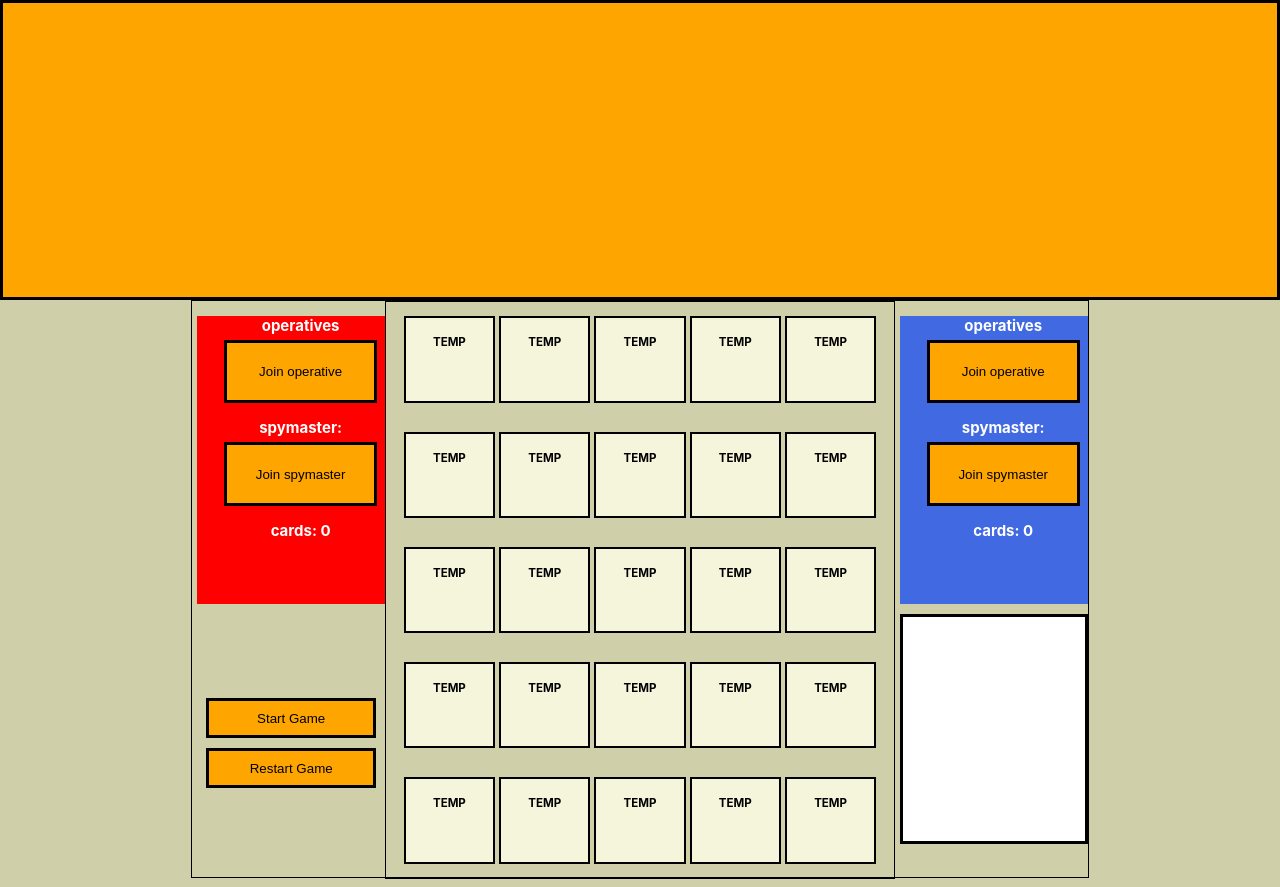
Repository: alcarrizo/Codenames-Fullstack
Page: / (app in client/)
An editor plug-in stored every save of this project. The page is shown before and after the next save, followed by the edit.
The browser window is 1280 px wide. The pictures show the whole page.
The project was rebuilt for these pictures with package versions that can differ from the ones it lists, and the page was loaded fresh each time. Imported but missing from the stored project, and not drawn on this page: client/src/reportWebVitals.

Above is the page before, as saved 2023-01-17 17:51:15.

After the next save:
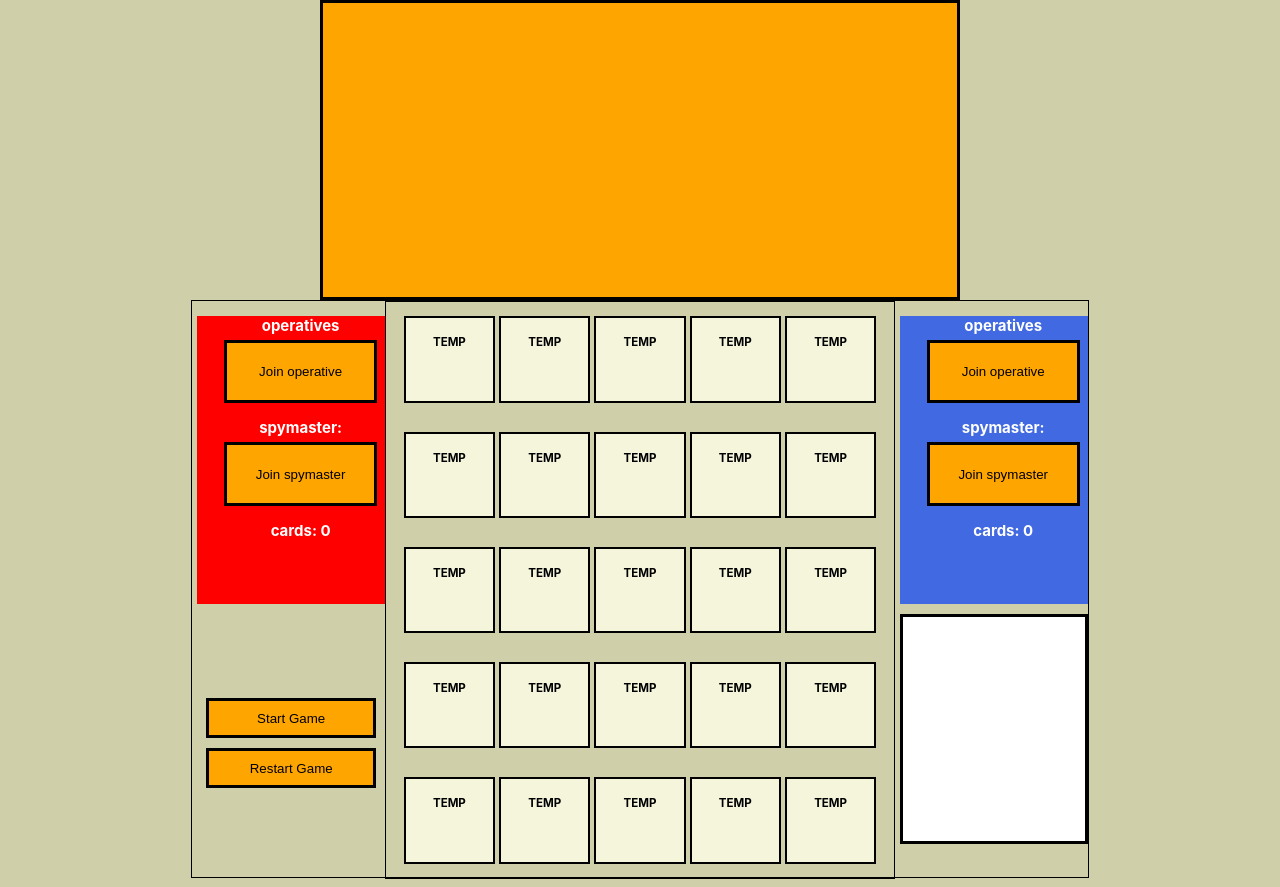
Saved 4 s later.
--- a/client/src/css/styles.css
+++ b/client/src/css/styles.css
@@ -211,7 +211,7 @@ body.blue {
 .win-screen {
     box-sizing: border-box;
     margin: 0 auto;
-    width: 50p%;
+    width: 50%;
     height: 300px;
     background-color: orange;
     top: 35%;
